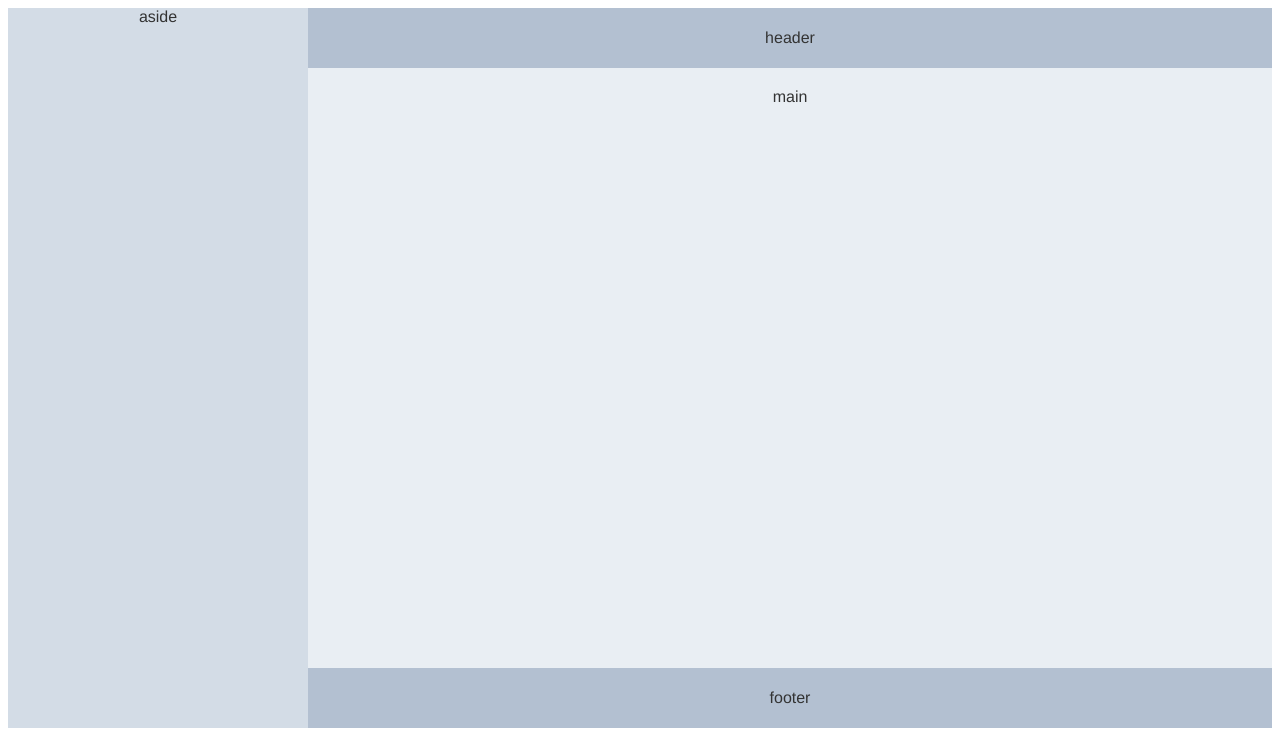
Repository: lagezhou888/element-vue2
Page: /#/button
The author's editor kept a copy of each file at every save. The page is drawn from the files as they stood at one save, then again after the next save.
The browser window is 1280 px wide. The pictures show the whole page.
The project was rebuilt for these pictures with package versions that can differ from the ones it lists, and the page was loaded fresh each time. Also part of the build but not shown: src/components/HelloWorld.vue, src/views/Home.vue.

Above is the page before, as saved 2021-05-13 15:30:07.

After the next save:
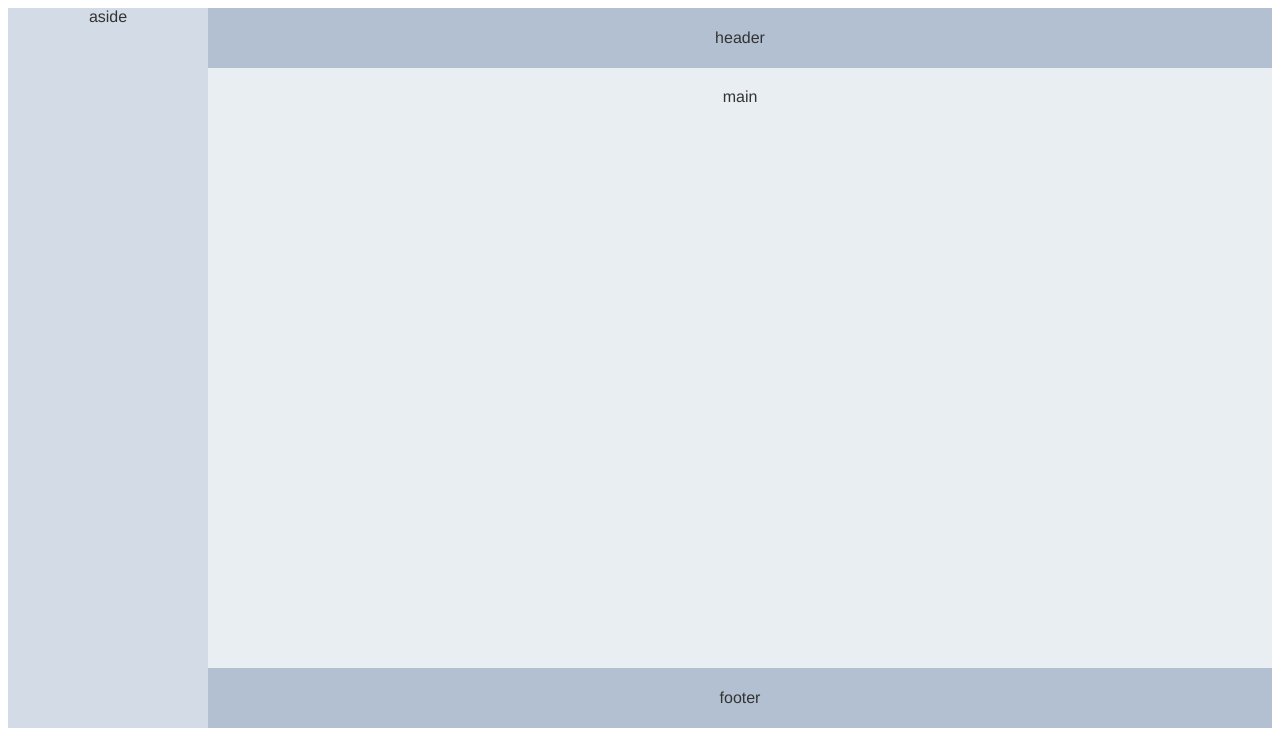
Saved 79 s later.
--- a/src/views/components/use-button.vue
+++ b/src/views/components/use-button.vue
@@ -1,7 +1,7 @@
 <template>
   <div>
     <el-container>
-      <el-aside width="300px">
+      <el-aside width="200px">
           aside
       </el-aside>
       <el-container>
